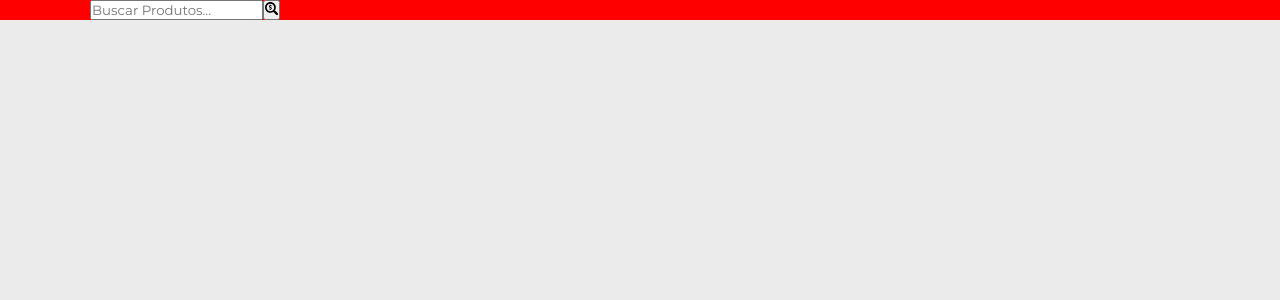
Repository: Gab23Oli/Projeto-de-Conclus-o---Shopping-Cart
Page: /
The author's editor kept a copy of each file at every save. The page is drawn from the files as they stood at one save, then again after the next save.
The browser window is 1280 px wide. The pictures show the whole page.
The project was rebuilt for these pictures with package versions that can differ from the ones it lists, and the page was loaded fresh each time. Also part of the build but not shown: src/components/Header/Header.css.

Above is the page before, as saved 2024-01-25 13:02:02.

After the next save:
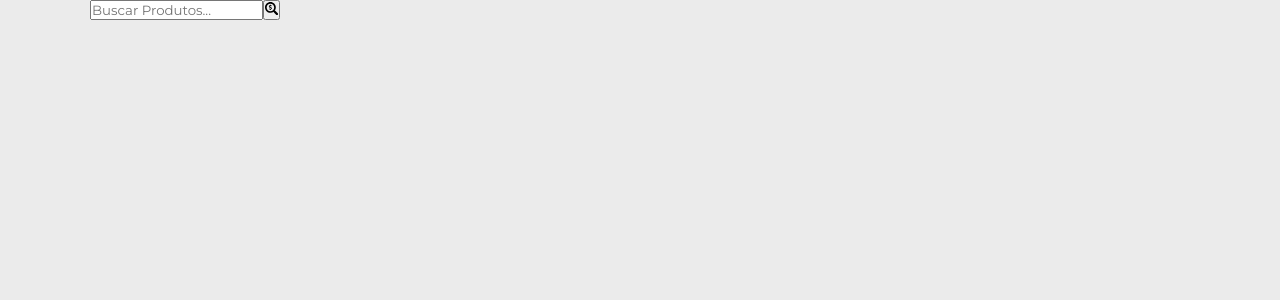
Saved 21 s later.
--- a/src/components/Header/Header.jsx
+++ b/src/components/Header/Header.jsx
@@ -5,7 +5,7 @@ import "./Header.css";
 
 function Header () {
   return (
-    <header className="header" style={{ background:"red"}}>
+    <header className="header">
       <div className="container">
         <SearchBar />
       </div>
